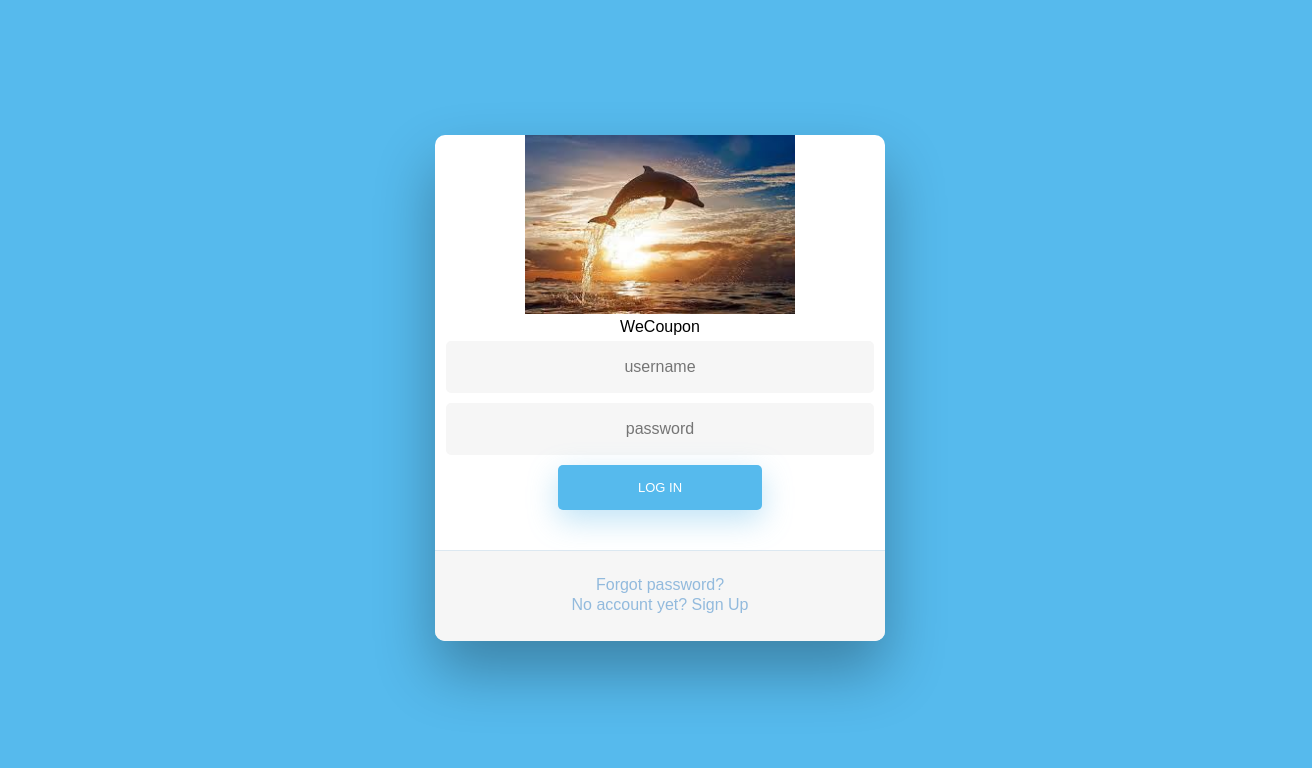
Repository: XUXiangCUHK/WeCoupon
Page: templates/login.html
The author's editor kept a copy of each file at every save. The page is drawn from the files as they stood at one save, then again after the next save.
The browser window is 1280 px wide. The page is 1312 px wide, so the pictures cover 1312 px, including what lies to the right of the window. The pictures show the whole page.
Some web libraries are served in a nearby version.

Above is the page before, as saved 2021-02-27 15:50:07.
Console error: TypeError: Cannot read properties of null (reading 'addEventListener')

### templates/login.html
<!DOCTYPE html>
<html lang="en">
<head>
    <meta charset="UTF-8">
    <meta http-equiv="X-UA-Compatible" content="IE=edge">
    <meta name="viewport" content="width=device-width, initial-scale=1.0">
    <link rel="stylesheet" href="../static/css/login_page.css">
    <script src="../static/js/login.js"></script>
    <title>Document</title>
</head>
<body>
    <div class="wrapper fadeInDown">
        <div id="formContent">
          <!-- Tabs Titles -->

          <!-- Icon -->
          <div class="fadeIn first">
            <img src="../static/images/111.jpg" id="icon" alt="User Icon" />
          </div>

          <div>
            WeCoupon
          </div>

          <!-- Login Form -->
          <form id="form_id" method="POST">
            <input type="text" id="username" class="fadeIn second" name="login" required="required" placeholder="username">
            <input type="password" id="password" class="fadeIn third" name="login" required="required" placeholder="password">
            <i class="far fa-eye" id="togglePassword"></i>
            <input type="submit" class="fadeIn fourth" value="Log In" onclick="return processloginform();">
          </form>

          <!-- Remind Passowrd -->
          <div id="formFooter">
            <a class="underlineHover" href="#">Forgot password?</a><br />
            <a class="underlineHover" href="signup.html">No account yet? Sign Up</a>
          </div>

        </div>
      </div>
</body>
</html>

### static/css/login_page.css

/* BASIC */

html {
  background-color: #56baed;
}

body {
  font-family: "Poppins", sans-serif;
  height: 100vh;
}

a {
  color: #92badd;
  display:inline-block;
  text-decoration: none;
  font-weight: 400;
}

h2 {
  text-align: center;
  font-size: 16px;
  font-weight: 600;
  text-transform: uppercase;
  display:inline-block;
  margin: 40px 8px 10px 8px;
  color: #cccccc;
}



/* STRUCTURE */

.wrapper {
  display: flex;
  align-items: center;
  flex-direction: column;
  justify-content: center;
  width: 100%;
  min-height: 100%;
  padding: 20px;
}

#formContent {
  -webkit-border-radius: 10px 10px 10px 10px;
  border-radius: 10px 10px 10px 10px;
  background: #fff;
  padding: 30px;
  width: 90%;
  max-width: 450px;
  position: relative;
  padding: 0px;
  -webkit-box-shadow: 0 30px 60px 0 rgba(0,0,0,0.3);
  box-shadow: 0 30px 60px 0 rgba(0,0,0,0.3);
  text-align: center;
}

#formFooter {
  background-color: #f6f6f6;
  border-top: 1px solid #dce8f1;
  padding: 25px;
  text-align: center;
  -webkit-border-radius: 0 0 10px 10px;
  border-radius: 0 0 10px 10px;
}



/* TABS */

h2.inactive {
  color: #cccccc;
}

h2.active {
  color: #0d0d0d;
  border-bottom: 2px solid #5fbae9;
}



/* FORM TYPOGRAPHY*/

input[type=button], input[type=submit], input[type=reset], input[type=checkbox]  {
  background-color: #56baed;
  border: none;
  color: white;
  padding: 15px 80px;
  text-align: center;
  text-decoration: none;
  display: inline-block;
  text-transform: uppercase;
  font-size: 13px;
  -webkit-box-shadow: 0 10px 30px 0 rgba(95,186,233,0.4);
  box-shadow: 0 10px 30px 0 rgba(95,186,233,0.4);
  -webkit-border-radius: 5px 5px 5px 5px;
  border-radius: 5px 5px 5px 5px;
  margin: 5px 20px 40px 20px;
  -webkit-transition: all 0.3s ease-in-out;
  -moz-transition: all 0.3s ease-in-out;
  -ms-transition: all 0.3s ease-in-out;
  -o-transition: all 0.3s ease-in-out;
  transition: all 0.3s ease-in-out;
}

input[type=button]:hover, input[type=submit]:hover, input[type=reset]:hover, input[type=checkbox]:hover  {
  background-color: #39ace7;
}

input[type=button]:active, input[type=submit]:active, input[type=reset]:active, , input[type=checkbox]:active  {
  -moz-transform: scale(0.95);
  -webkit-transform: scale(0.95);
  -o-transform: scale(0.95);
  -ms-transform: scale(0.95);
  transform: scale(0.95);
}

input[type=text], input[type=password] {
  background-color: #f6f6f6;
  border: none;
  color: #0d0d0d;
  padding: 15px 32px;
  text-align: center;
  text-decoration: none;
  display: inline-block;
  font-size: 16px;
  margin: 5px;
  width: 80%;
  border: 2px solid #f6f6f6;
  -webkit-transition: all 0.5s ease-in-out;
  -moz-transition: all 0.5s ease-in-out;
  -ms-transition: all 0.5s ease-in-out;
  -o-transition: all 0.5s ease-in-out;
  transition: all 0.5s ease-in-out;
  -webkit-border-radius: 5px 5px 5px 5px;
  border-radius: 5px 5px 5px 5px;
}

input[type=text]:focus, , input[type=password]:focus {
  background-color: #fff;
  border-bottom: 2px solid #5fbae9;
}

input[type=text]:placeholder, , input[type=password]:placeholder {
  color: #cccccc;
}



/* ANIMATIONS */

/* Simple CSS3 Fade-in-down Animation */
/* .fadeInDown {
  -webkit-animation-name: fadeInDown;
  animation-name: fadeInDown;
  -webkit-animation-duration: 1s;
  animation-duration: 1s;
  -webkit-animation-fill-mode: both;
  animation-fill-mode: both;
}

@-webkit-keyframes fadeInDown {
  0% {
    opacity: 0;
    -webkit-transform: translate3d(0, -100%, 0);
    transform: translate3d(0, -100%, 0);
  }
  100% {
    opacity: 1;
    -webkit-transform: none;
    transform: none;
  }
}

@keyframes fadeInDown {
  0% {
    opacity: 0;
    -webkit-transform: translate3d(0, -100%, 0);
    transform: translate3d(0, -100%, 0);
  }
  100% {
    opacity: 1;
    -webkit-transform: none;
    transform: none;
  }
} */

/* Simple CSS3 Fade-in Animation */
/* @-webkit-keyframes fadeIn { from { opacity:0; } to { opacity:1; } }
@-moz-keyframes fadeIn { from { opacity:0; } to { opacity:1; } }
@keyframes fadeIn { from { opacity:0; } to { opacity:1; } }

.fadeIn {
  opacity:0;
  -webkit-animation:fadeIn ease-in 1;
  -moz-animation:fadeIn ease-in 1;
  animation:fadeIn ease-in 1;

  -webkit-animation-fill-mode:forwards;
  -moz-animation-fill-mode:forwards;
  animation-fill-mode:forwards;

  -webkit-animation-duration:1s;
  -moz-animation-duration:1s;
  animation-duration:1s;
}

.fadeIn.first {
  -webkit-animation-delay: 0.4s;
  -moz-animation-delay: 0.4s;
  animation-delay: 0.4s;
}

.fadeIn.second {
  -webkit-animation-delay: 0.6s;
  -moz-animation-delay: 0.6s;
  animation-delay: 0.6s;
}

.fadeIn.third {
  -webkit-animation-delay: 0.8s;
  -moz-animation-delay: 0.8s;
  animation-delay: 0.8s;
}

.fadeIn.fourth {
  -webkit-animation-delay: 1s;
  -moz-animation-delay: 1s;
  animation-delay: 1s;
}  */

/* Simple CSS3 Fade-in Animation */
.underlineHover:after {
  display: block;
  left: 0;
  bottom: -10px;
  width: 0;
  height: 2px;
  background-color: #56baed;
  content: "";
  transition: width 0.2s;
}

.underlineHover:hover {
  color: #0d0d0d;
}

.underlineHover:hover:after{
  width: 100%;
}



/* OTHERS */

*:focus {
    outline: none;
}

#icon {
  width:60%;
}

### static/js/login.js
function processloginform() {
    var username = document.getElementById("username");
    var password = document.getElementById("password");

    if (username.value == "123" && password.value == "123"){
        window.location.href="../templates/student_main_page.html";
        return false;
    }
}

const togglePassword = document.querySelector('#togglePassword');
const password = document.querySelector('#password');
togglePassword.addEventListener('click', function (e) {
    // toggle the type attribute
    const type = password.getAttribute('type') === 'password' ? 'text' : 'password';
    password.setAttribute('type', type);
    // toggle the eye slash icon
    this.classList.toggle('fa-eye-slash');
});

After the next save:
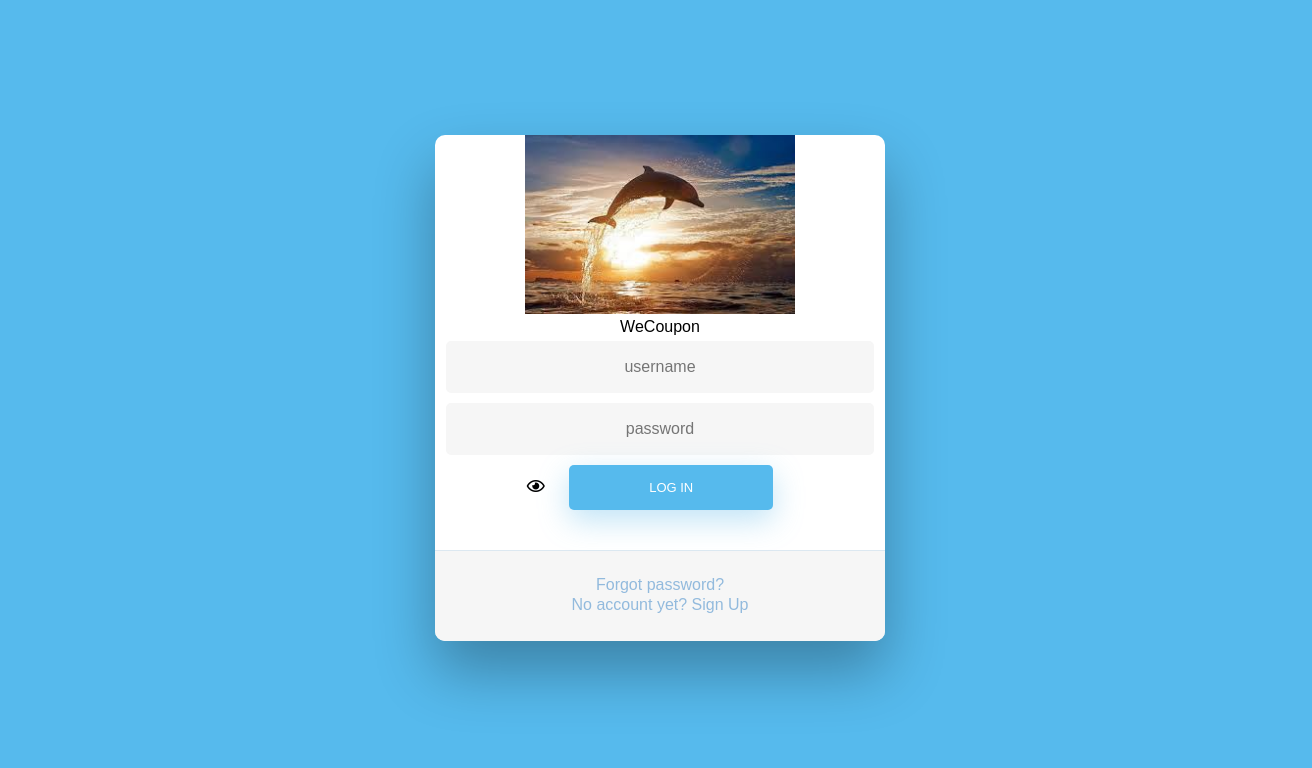
Saved 82 s later.
--- a/templates/login.html
+++ b/templates/login.html
@@ -4,6 +4,7 @@
     <meta charset="UTF-8">
     <meta http-equiv="X-UA-Compatible" content="IE=edge">
     <meta name="viewport" content="width=device-width, initial-scale=1.0">
+    <link rel="stylesheet" href="https://cdnjs.cloudflare.com/ajax/libs/font-awesome/5.13.0/css/all.min.css">
     <link rel="stylesheet" href="../static/css/login_page.css">
     <script src="../static/js/login.js"></script>
     <title>Document</title>
